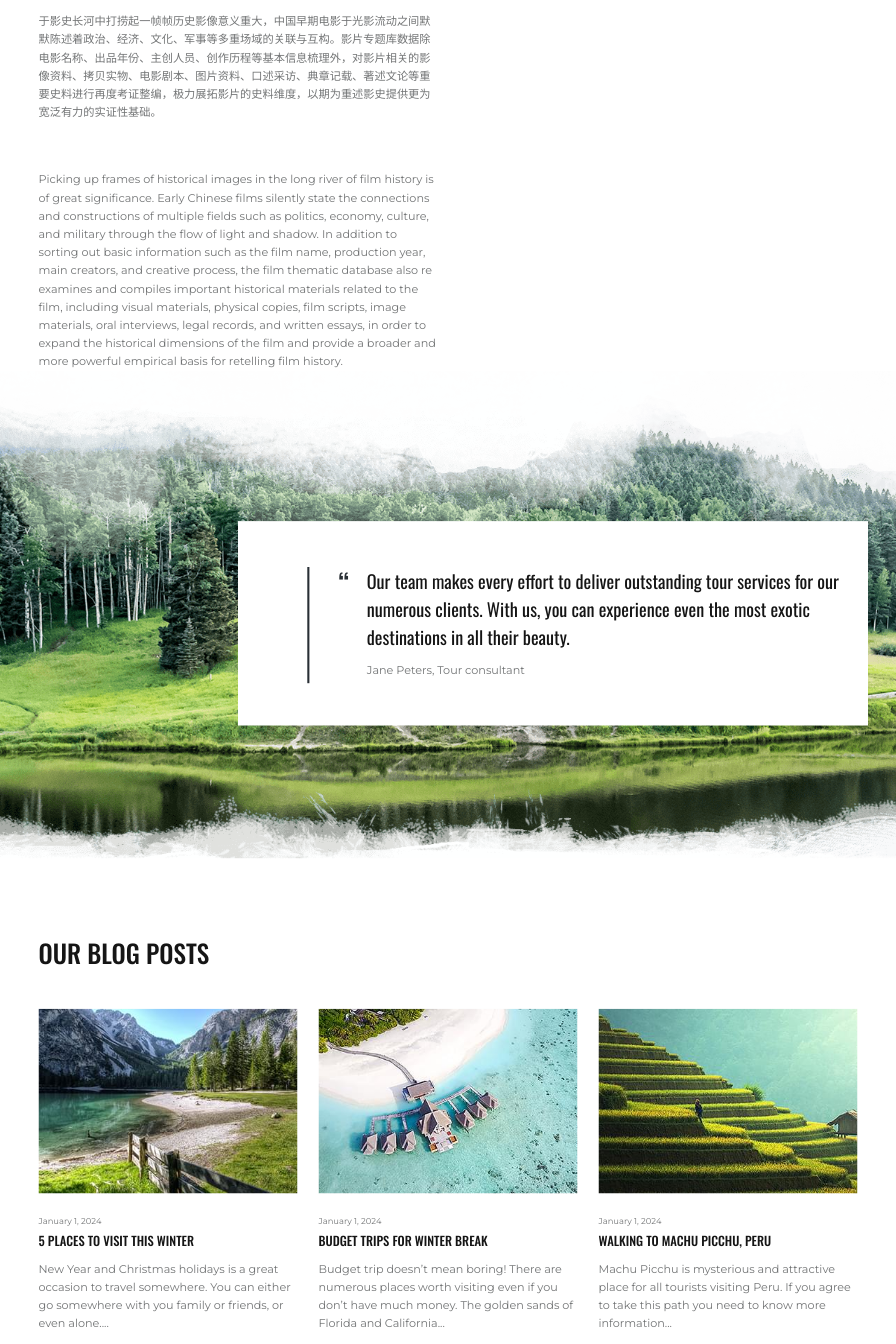
Repository: Jquarker/Modern-Film-Database
Page: index.html
The author's editor kept a copy of each file at every save. The page is drawn from the files as they stood at one save, then again after the next save.
The browser window is 1280 px wide. The pictures show the part of the page from y = 3250 to 5170 px (the page is 5812 px tall before and 5526 px after), at 70% of full size.

Above is the page before, as saved 2025-02-21 12:15:13.

After the next save:
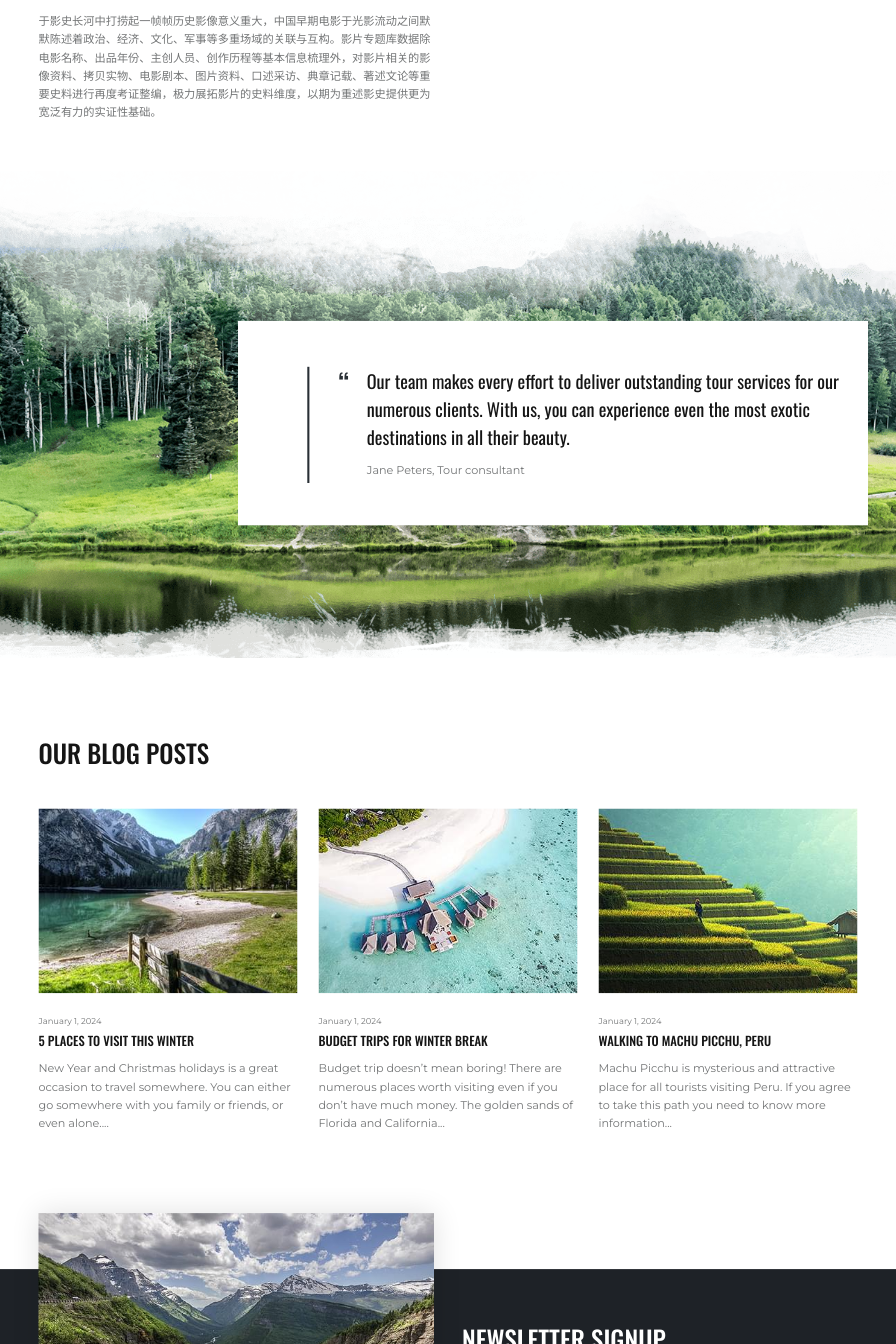
Saved 8 s later.
--- a/index.html
+++ b/index.html
@@ -258,14 +258,7 @@
 
           <div class="row row-40 offset-lg">
             <div class="col-xl-6 wow fadeInLeft">
-              <p>Picking up frames of historical images in the long river of film history is of great significance. Early Chinese films
-              silently state the connections and constructions of multiple fields such as politics, economy, culture, and military
-              through the flow of light and shadow. In addition to sorting out basic information such as the film name, production
-              year, main creators, and creative process, the film thematic database also re examines and compiles important historical
-              materials related to the film, including visual materials, physical copies, film scripts, image materials, oral
-              interviews, legal records, and written essays, in order to expand the historical dimensions of the film and provide a
-              broader and more powerful empirical basis for retelling film history.
-              </p>
+
             </div>
           </div>
         </div>
